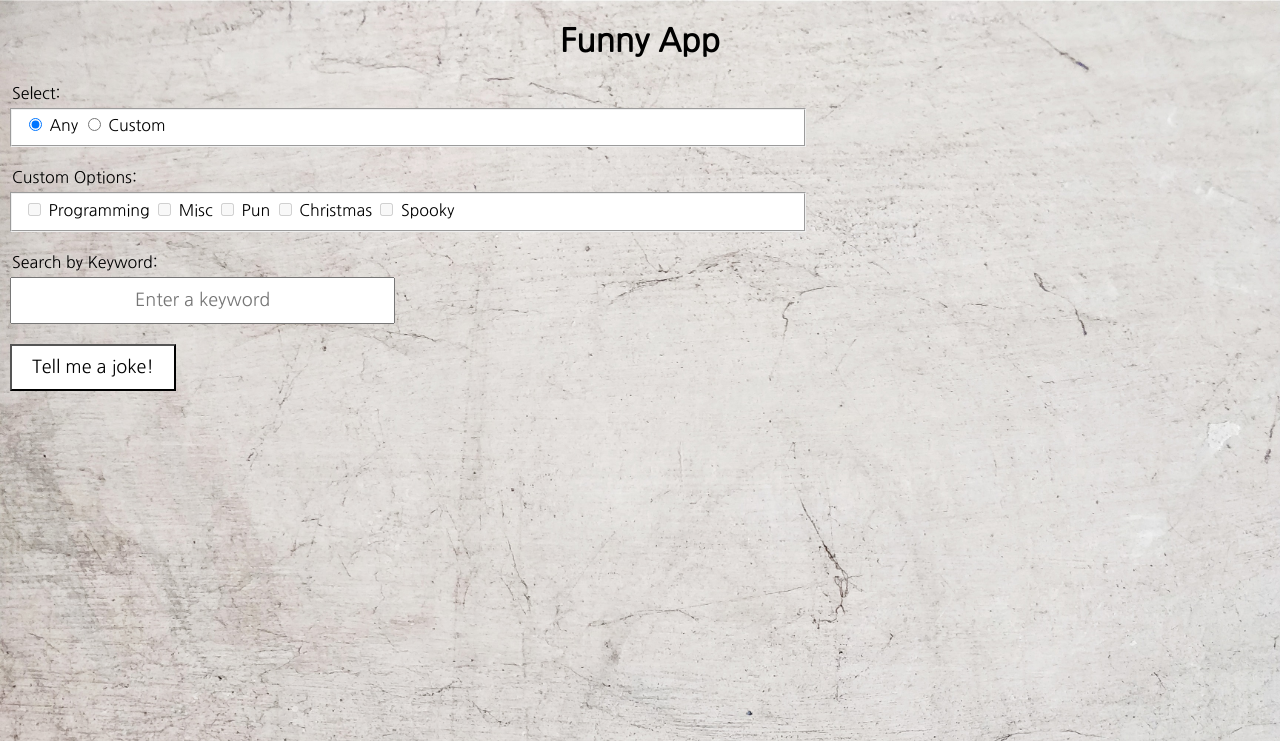
Repository: kaitlynMidori/dadJokeApi
Page: index.html
The author's editor kept a copy of each file at every save. The page is drawn from the files as they stood at one save, then again after the next save.
The browser window is 1280 px wide. The pictures show the whole page.
Some web libraries are served in a nearby version.

Above is the page before, as saved 2021-01-08 12:35:13.

After the next save:
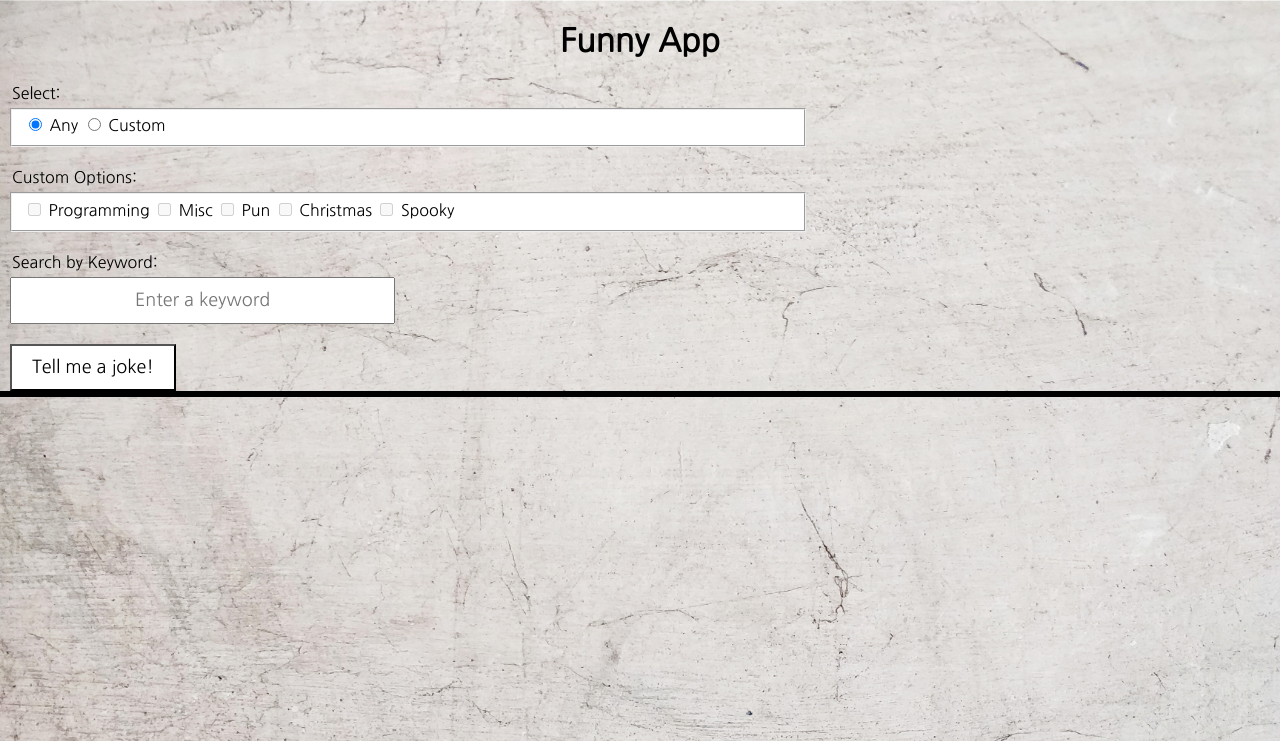
Saved 31 s later.
--- a/style.css
+++ b/style.css
@@ -73,4 +73,6 @@ legend {
 
 #results {
     background-color: white;
+    border-style: solid;
+    border-color: black;
 }
